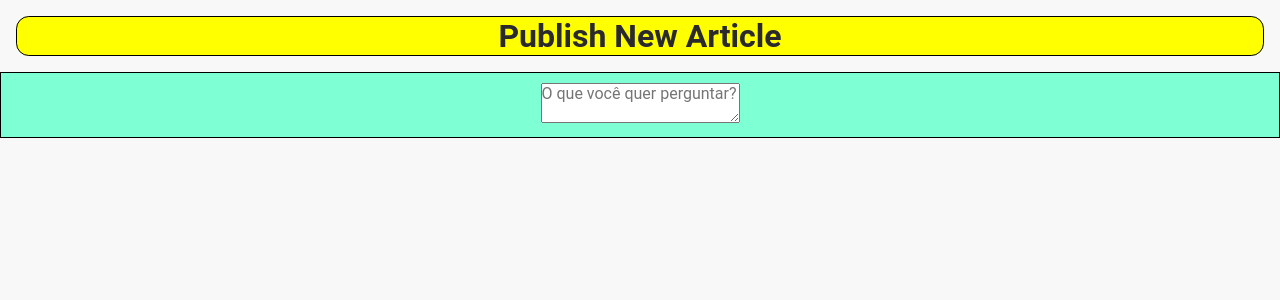
Repository: batmit/publish_articles
Page: /publish
The author's editor kept a copy of each file at every save. The page is drawn from the files as they stood at one save, then again after the next save.
The browser window is 1280 px wide. The pictures show the whole page.
The project was rebuilt for these pictures with package versions that can differ from the ones it lists, and the page was loaded fresh each time. Also part of the build but not shown: src/pages/article.tsx, src/pages/articles.tsx, src/styles/Home.scss, src/pages/Home.tsx.

Above is the page before, as saved 2021-06-29 11:36:49.

After the next save:
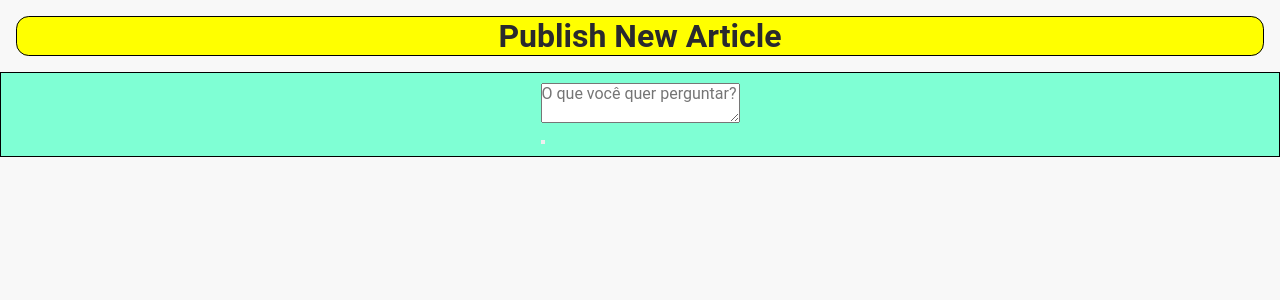
Saved 43 s later.
--- a/src/pages/publish_articles.tsx
+++ b/src/pages/publish_articles.tsx
@@ -15,6 +15,8 @@ export function publish_articles() {
 
                         <div className="form-footer">
 
+
+                            <button type='submit'></button>
                         </div>
 
                 </form>
